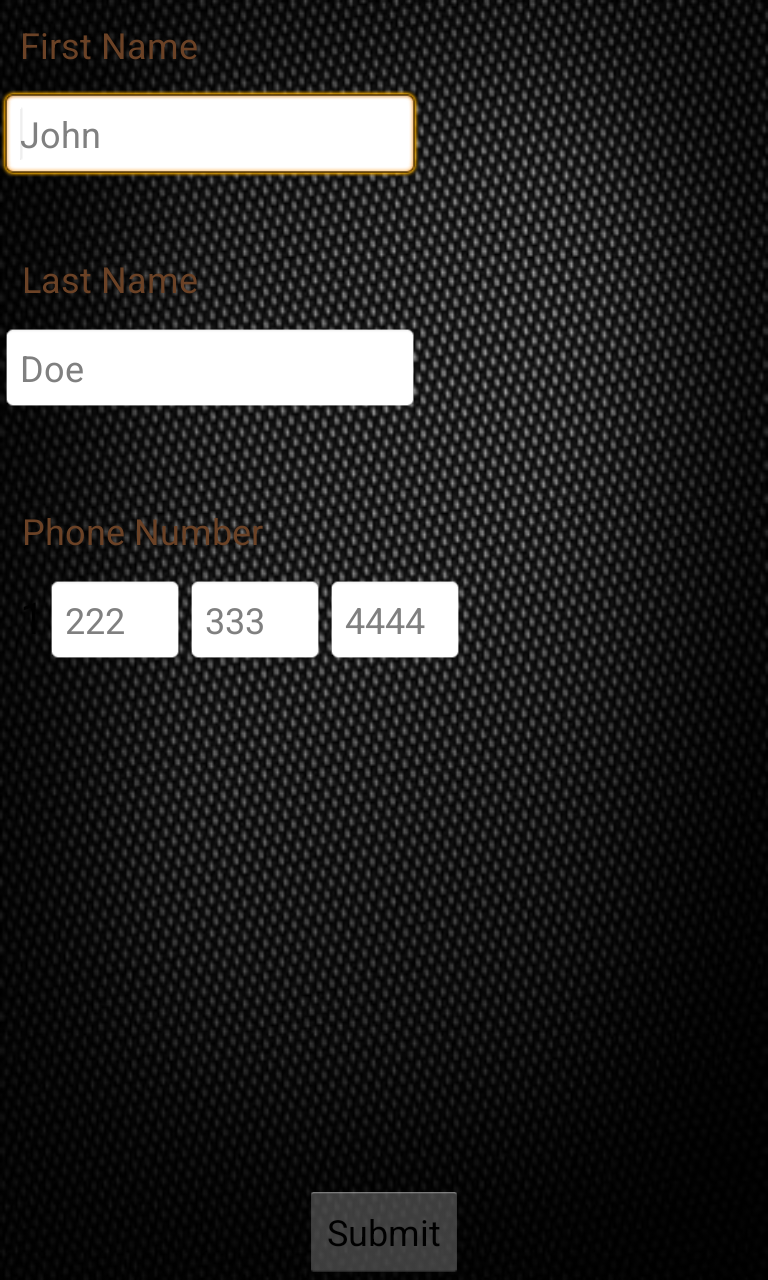
Repository: kenshiryu7/mdv-projects
Layout: Java_2/Java2_w3/res/layout/addview.xml
These files come from the project's save history. The layout is drawn as it stood at one moment and after the next save; the edit follows.
It is drawn on a 768 x 1280 px phone screen (xhdpi) without system bars, with theme AppTheme; the app's code is not run.

Above is the layout before, as saved 2012-12-02 14:44:28.

### Java_2/Java2_w3/res/layout/addview.xml
<?xml version="1.0" encoding="utf-8"?>
<RelativeLayout xmlns:android="http://schemas.android.com/apk/res/android"
    xmlns:tools="http://schemas.android.com/tools"
    android:layout_width="match_parent"
    android:layout_height="match_parent"
    android:background="@drawable/main_bg" >



    <TextView
        android:id="@+id/textView1"
        android:layout_width="wrap_content"
        android:layout_height="wrap_content"
        android:layout_alignParentLeft="true"
        android:layout_alignParentTop="true"
        android:text="@string/main_name"
        android:textAppearance="?android:attr/textAppearanceMedium"
        android:padding="10dp"
        android:textColor="#6B4226" />

    <EditText
        android:id="@+id/editName"
        android:layout_width="wrap_content"
        android:layout_height="wrap_content"
        android:layout_alignParentLeft="true"
        android:layout_alignRight="@+id/editLast"
        android:layout_below="@+id/textView1"
        android:background="@android:drawable/editbox_background"
        android:ems="10"
        android:hint="@string/hint_name"
        android:inputType="textPersonName"
        android:padding="10dp"
        android:paddingLeft="10dp" >

        <requestFocus />
    </EditText>



    <TextView
        android:id="@+id/textView2"
        android:layout_width="wrap_content"
        android:layout_height="wrap_content"
        android:layout_alignRight="@+id/textView1"
        android:layout_below="@+id/editName"
        android:layout_marginTop="28dp"
        android:text="@string/main_last"
        android:textAppearance="?android:attr/textAppearanceMedium"
        android:padding="10dp"
        android:textColor="#6B4226" />

    <EditText
        android:id="@+id/editLast"
        android:layout_width="wrap_content"
        android:layout_height="wrap_content"
        android:layout_alignParentLeft="true"
        android:layout_below="@+id/textView2"
        android:background="@android:drawable/editbox_background"
        android:ems="10"
        android:hint="@string/hint_last"
        android:inputType="textPersonName"
        android:padding="10dp" />

    <TextView
        android:id="@+id/textView3"
        android:layout_width="wrap_content"
        android:layout_height="wrap_content"
        android:layout_alignLeft="@+id/textView2"
        android:layout_below="@+id/editLast"
        android:layout_marginTop="47dp"
        android:paddingLeft="10dp"
        android:text="@string/phone_num"
        android:textAppearance="?android:attr/textAppearanceMedium"
        android:textColor="#6B4226" />

	<LinearLayout
   		android:layout_width="match_parent"
    	android:layout_height="wrap_content"
    	android:layout_alignParentLeft="true"
    	android:layout_below="@+id/textView3"
    	android:padding="10dp"
    	android:orientation="horizontal" >

    	<TextView
        	android:id="@+id/textView4"
        	android:layout_width="wrap_content"
        	android:layout_height="wrap_content"
        	android:text="@string/one"
        	android:textAppearance="?android:attr/textAppearanceLarge"
        	android:textColor="#000000" />

    	<EditText
        	android:id="@+id/editPhone"
       	    android:layout_width="70dp"
        	android:layout_height="wrap_content"
       		android:background="@android:drawable/editbox_background"
        	android:ems="10"
        	android:hint="@string/phone_hint1"
        	android:maxLength="3"
        	android:inputType="phone"
        	android:padding="10dp" />

    	<EditText
        	android:id="@+id/editPhone2"
        	android:layout_width="70dp"
        	android:layout_height="wrap_content"
        	android:background="@android:drawable/editbox_background"
        	android:ems="10"
        	android:hint="@string/phone_hint2"
        	android:maxLength="3"
        	android:inputType="phone"
        	android:padding="10dp" >


    	</EditText>

    	<EditText
        	android:id="@+id/editPhone3"
        	android:layout_width="70dp"
        	android:layout_height="wrap_content"
        	android:background="@android:drawable/editbox_background"
        	android:ems="10"
        	android:hint="@string/phone_hint3"
        	android:maxLength="4"
        	android:inputType="phone"
        	android:padding="10dp" />

	</LinearLayout>
 	<Button
        android:id="@+id/button1"
        android:layout_width="wrap_content"
        android:layout_height="wrap_content"
        android:layout_alignParentBottom="true"
        android:layout_centerHorizontal="true"
        android:text="@string/button_text" />
</RelativeLayout>

### Java_2/Java2_w3/res/values/strings.xml
<resources>

    <string name="app_name">Java2_w3</string>
    <string name="hello_world">Hello world!</string>
    <string name="menu_settings">Settings</string>
    <string name="title_activity_main">MainActivity</string>

    <string name="add_button">Add a Contact</string>

    <string name="main_name">First Name</string>
    <string name="hint_name">John</string>
    <string name="main_last">Last Name</string>
    <string name="hint_last">Doe</string>
    <string name="button_text">Submit</string>
    <string name="phone_num">Phone Number</string>
    <string name="phone_hint1">222</string>
    <string name="phone_hint2">333</string>
    <string name="phone_hint3">4444</string>
    <string name="one">1</string>

</resources>

Loaded but not shown: Java_2/Java2_w3/res/values-v11/styles.xml (common file); Java_2/Java2_w3/res/values-v14/styles.xml (common file); Java_2/Java2_w3/res/values/styles.xml (common file)

After the next save:
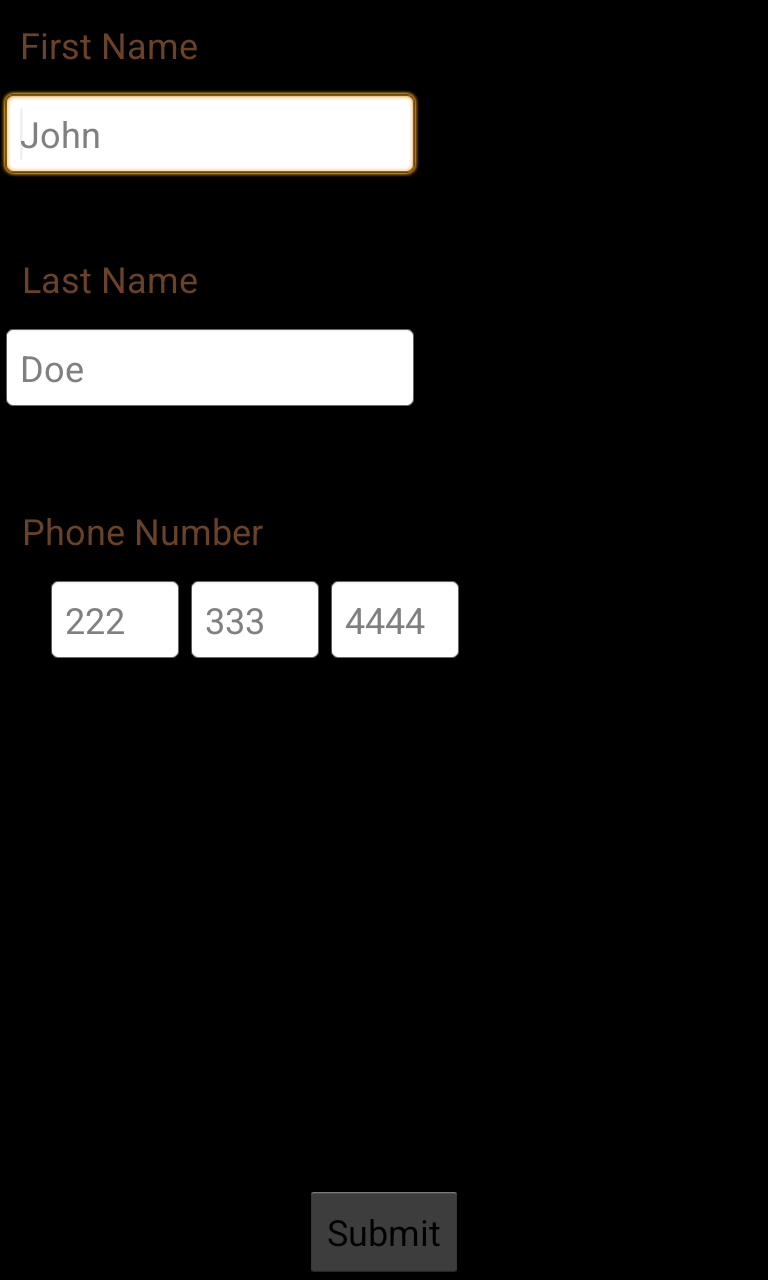
Saved 96 s later.
--- a/Java_2/Java2_w3/res/layout/addview.xml
+++ b/Java_2/Java2_w3/res/layout/addview.xml
@@ -3,7 +3,7 @@
     xmlns:tools="http://schemas.android.com/tools"
     android:layout_width="match_parent"
     android:layout_height="match_parent"
-    android:background="@drawable/main_bg" >
+    android:background="#000000" >
 
 
 
